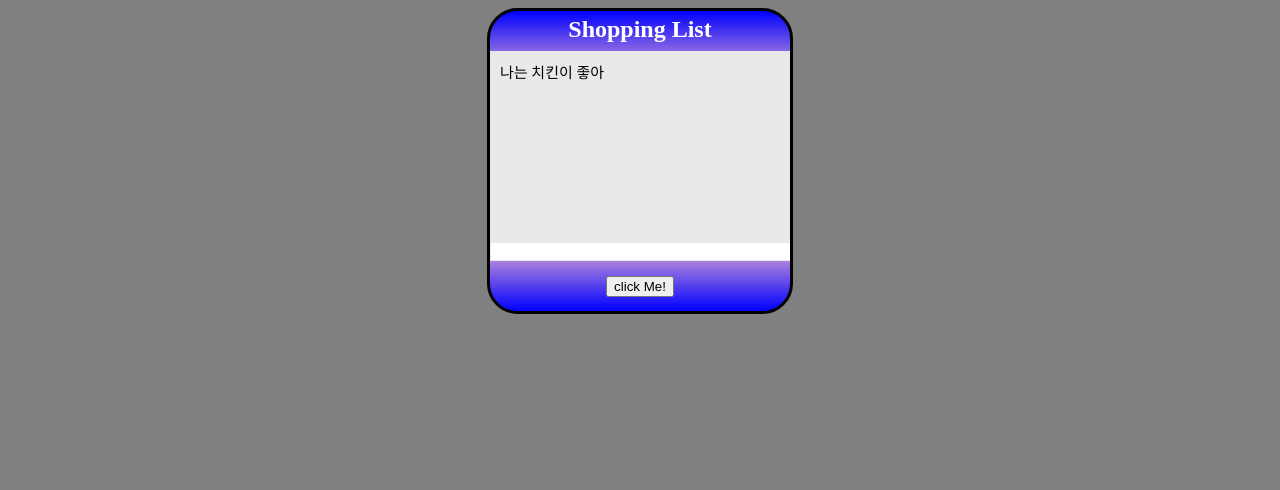
Repository: DevMinwoo-Jung/JavaScript101
Page: WebApIs/shoppingApp/index.html
An editor plug-in stored every save of this project. The page is shown before and after the next save, followed by the edit.
The browser window is 1280 px wide. The pictures show the whole page.

Above is the page before, as saved 2021-06-14 11:31:47.

### WebApIs/shoppingApp/index.html
<!DOCTYPE html>
<html lang="en">
<head>
  <meta charset="UTF-8">
  <meta http-equiv="X-UA-Compatible" content="IE=edge">
  <meta name="viewport" content="width=device-width, initial-scale=1.0">
  <title>Document</title>
</head>
<link rel="stylesheet" href="style.css" />
<body>
  <div class="list__div">
    <div class="list__div__top">
      <h2>Shopping List</h2>
    </div>
    <div class="item__list">
      <p>나는 치킨이 좋아</p>
      <input class="input__box" type="text">
    </div>
    <div class="button__div">
      <button class="addItem">click Me!</button>
    </div>
  </div>
</body>
<script src="main.js" defer></script>
</html>

### WebApIs/shoppingApp/style.css
:root {
  --topAndBottom-height: 20px;
  --background-color: rgb(235, 232, 232);
}

body {
  background-color: grey;
}

.list__div {
  margin: auto;
  display: block;
  height: 300px;
  text-align: center;
  border: solid;
  position: relative;
  width: 300px;
  border-radius: 10%;
  background: linear-gradient(blue, pink, 50%, pink, blue);
}

.list__div__top {
  height: var(--topAndBottom-height);
}

.list__div__top h2 {
  margin: 5px;
  color: white;
}

.item__list {
  height: 210px;
  background-color: var(--background-color);
}

.item__list p {
  text-align: left;
  padding-left: 10px;
  padding-top: 10px;
  font-size: 15px;
  margin-bottom: 160px;
}

.item__list__input {
  bottom: 10px;
}

.button__div .addItem {
  margin-top: 15px;
}

input {
  width: 295px;
  border: 0px;
}

.input__box {
}

### WebApIs/shoppingApp/main.js
const addButton = document.querySelector('.addItem');
const inputBox = document.querySelector('.input__box');
let inputValue = document.querySelector('.input__box');

inputBox.addEventListener('keyup', (e) => {
  if(e.key == 'Enter'){
   console.log(inputValue.value);
    inputValue.value = '';
  };

});

addButton.addEventListener('click', () => {
  console.log(inputValue.value);
  inputValue.value = '';
});

After the next save:
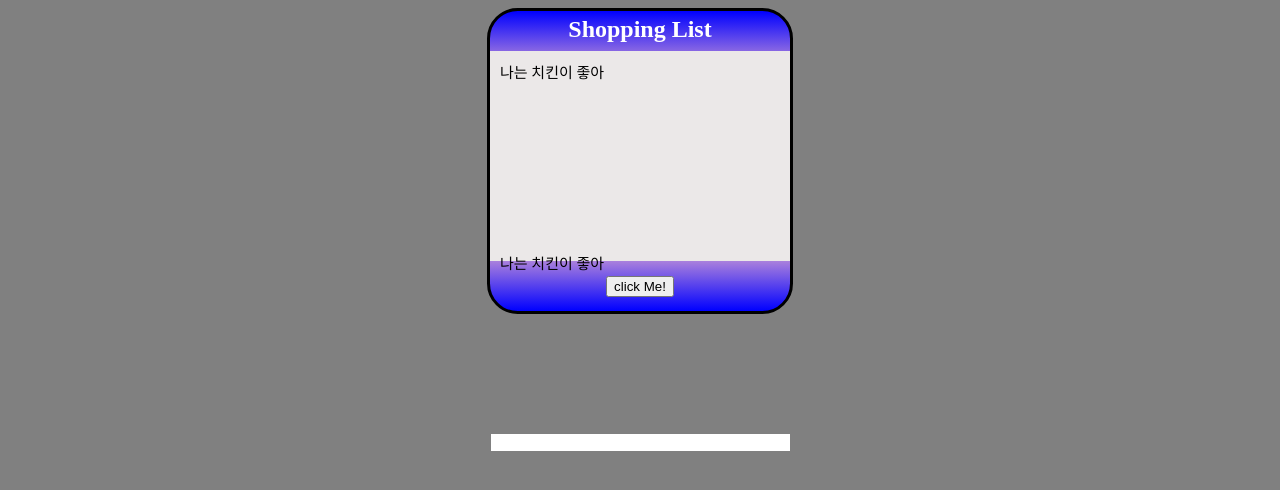
Saved 37 s later.
--- a/WebApIs/shoppingApp/index.html
+++ b/WebApIs/shoppingApp/index.html
@@ -14,6 +14,7 @@
     </div>
     <div class="item__list">
       <p>나는 치킨이 좋아</p>
+      <p>나는 치킨이 좋아</p>
       <input class="input__box" type="text">
     </div>
     <div class="button__div">
